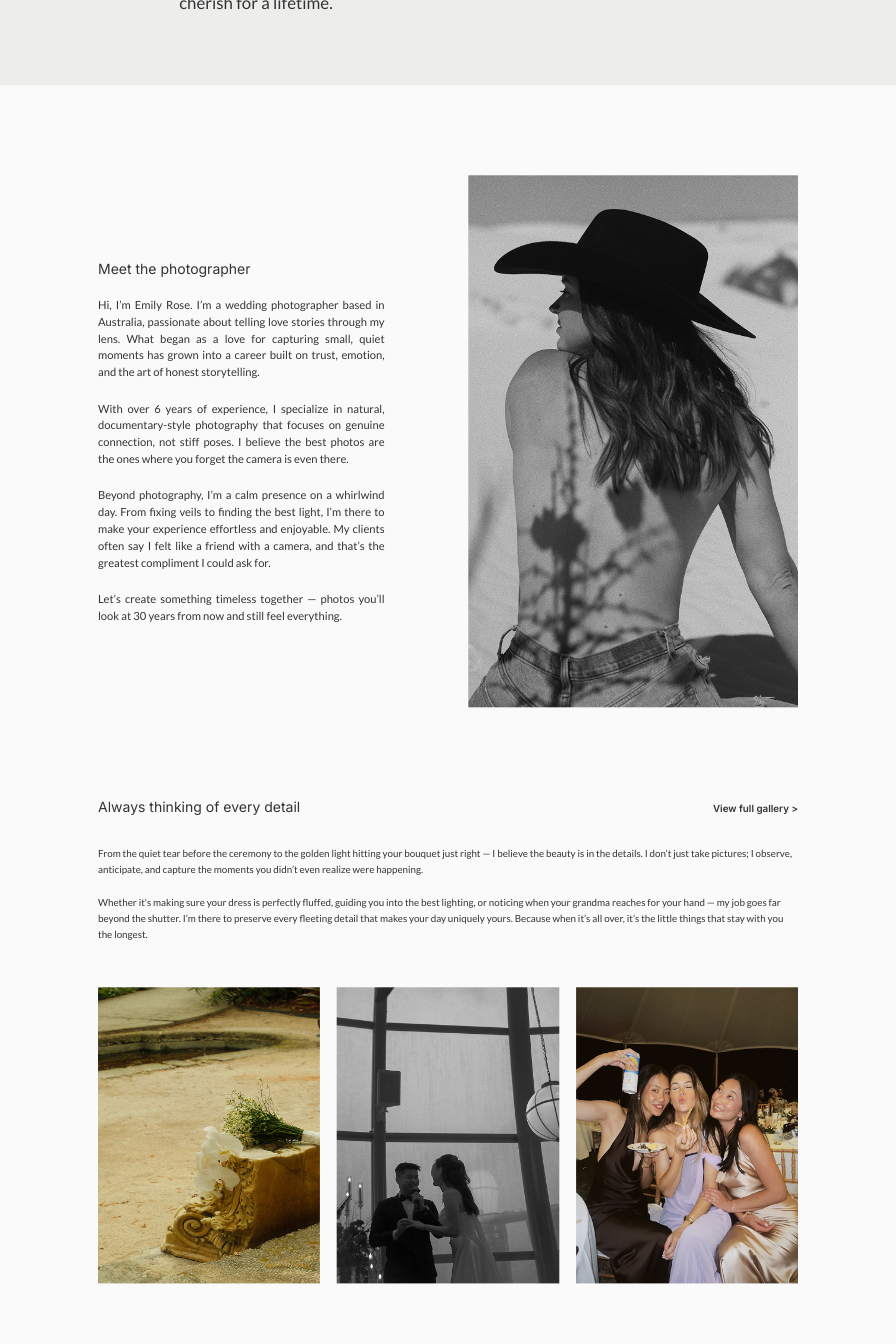
Repository: eduarda-magnago/wt-photography
Page: /
The author's editor kept a copy of each file at every save. The page is drawn from the files as they stood at one save, then again after the next save.
The browser window is 1280 px wide. The pictures show the part of the page from y = 949 to 2869 px (the page is 3842 px tall before and 3748 px after), at 70% of full size.
Some web fonts or font styles are not loaded; a fallback is used. The project was rebuilt for these pictures with package versions that can differ from the ones it lists, and the page was loaded fresh each time. The framework's server and built-in components were replaced by stand-ins that run in the browser. Also part of the build but not shown: next.config.ts.

Above is the page before, as saved 2026-10-19 11:34:27.

After the next save:
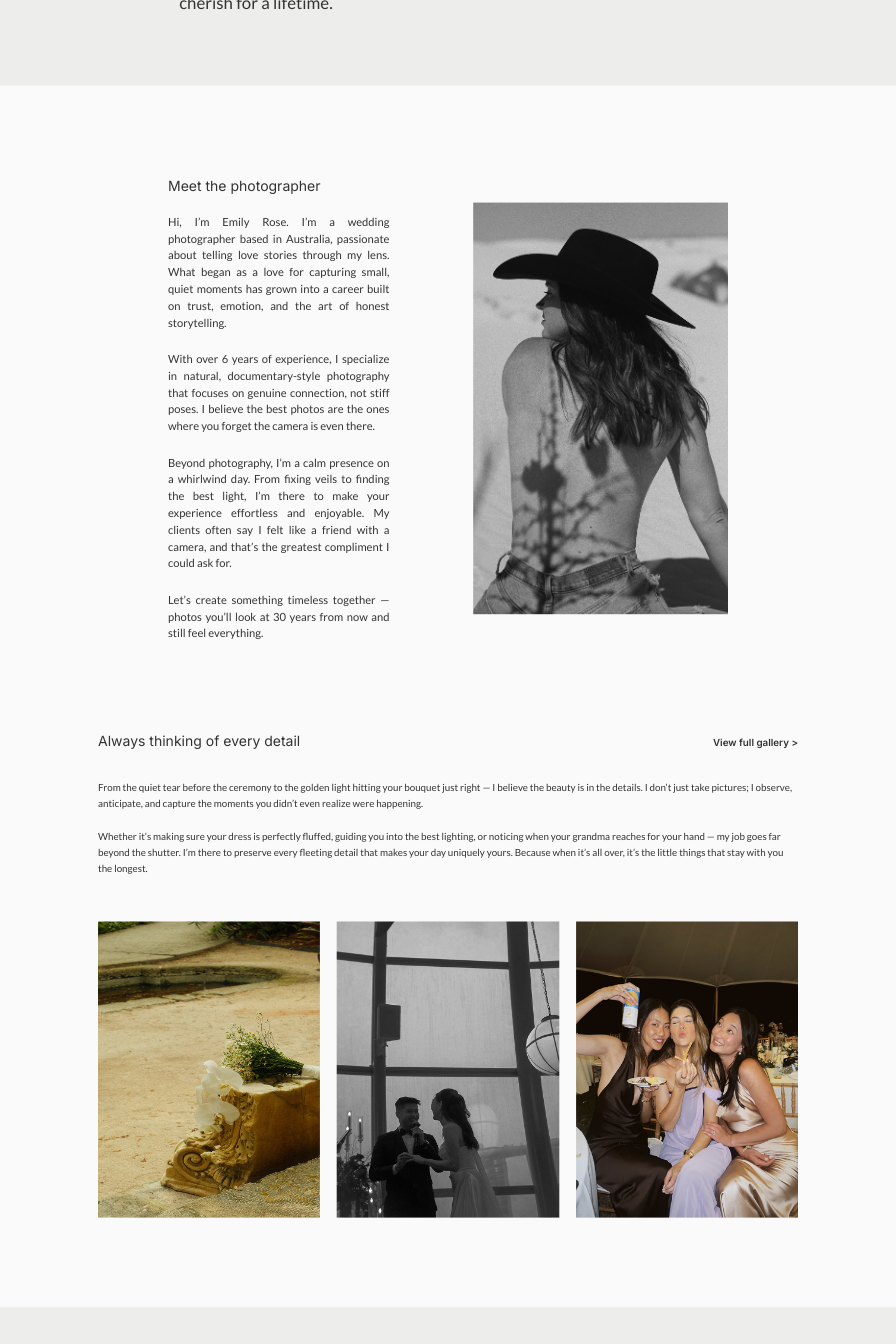
Saved 14 s later.
--- a/components/home/about.tsx
+++ b/components/home/about.tsx
@@ -3,7 +3,7 @@ import Image from "next/image";
 export default function About() {
   return (
     <section id="about" className="bg-paper px-6 py-24 md:px-14 md:py-32">
-      <div className="mx-auto grid max-w-[1000px] items-center gap-12 md:grid-cols-[435fr_500fr] md:gap-x-12 xl:gap-x-[120px]">
+      <div className="mx-auto grid max-w-[800px] items-center gap-12 md:grid-cols-[435fr_500fr] md:gap-x-12 xl:gap-x-[120px]">
         <div>
           <h2 className="font-heading text-[20px]">Meet the photographer</h2>
 
